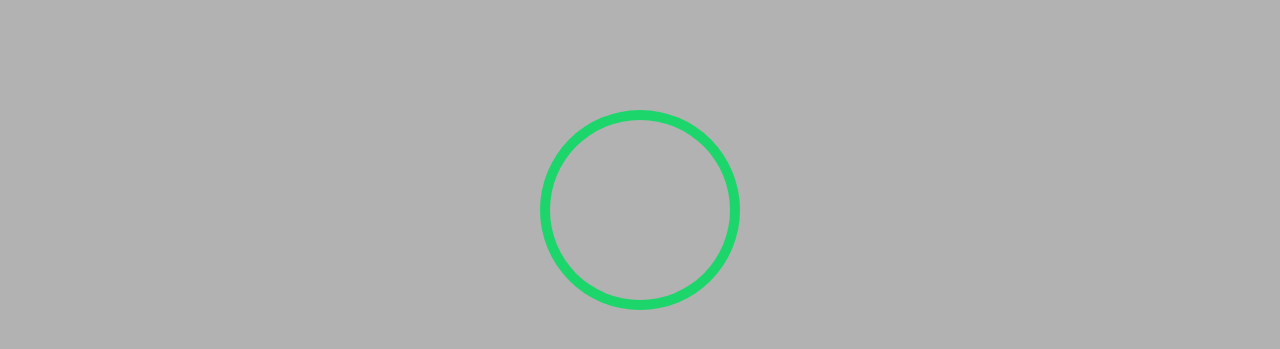
Repository: gyypwrs/css-practice
Page: adsorbed-circle/index.html
An editor plug-in stored every save of this project. The page is shown before and after the next save, followed by the edit.
The browser window is 1280 px wide. The pictures show the whole page.

Above is the page before, as saved 2022-05-13 16:10:48.

After the next save:
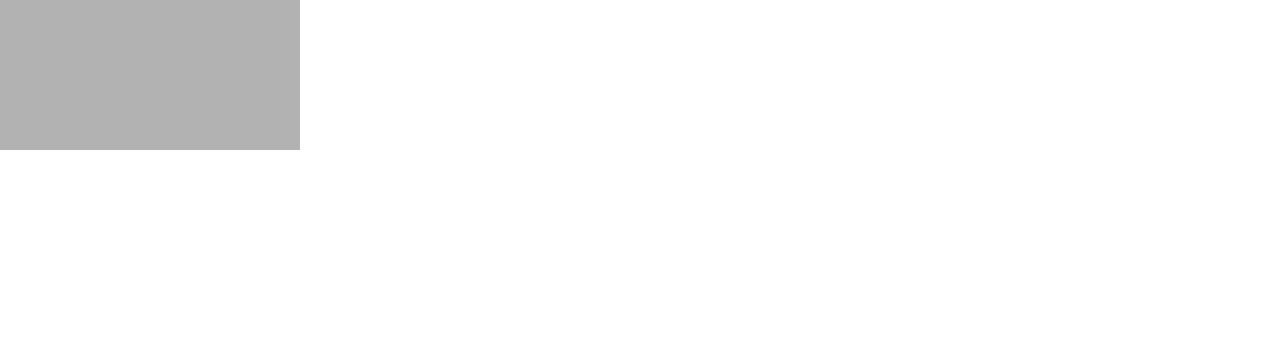
Console error: SyntaxError: Unexpected end of input
Saved 92 s later.
--- a/adsorbed-circle/index.html
+++ b/adsorbed-circle/index.html
@@ -4,7 +4,7 @@
  * @Author: Hongyu
  * @Date: 2022-05-13 15:49:25
  * @LastEditors: Hongyu
- * @LastEditTime: 2022-05-13 16:10:27
+ * @LastEditTime: 2022-05-13 16:12:20
 -->
 <!DOCTYPE html>
 <html lang="zh-CN">
@@ -54,6 +54,7 @@
       ctx.fill()
     }
     drawRing()
+    function draw
     // function drawCircle(x,y) {
     //   ctx.beginPath();
     //   ctx.arc(x,y,50,0,2*Math.PI);

After the 2 saves that followed:
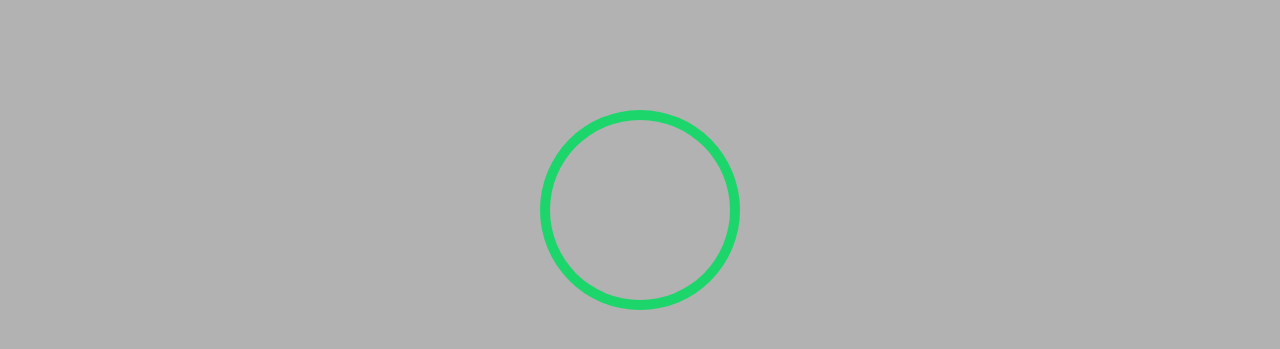
The error is gone.
The 2 saves are shown as one change because 1 left the picture as it was.
The last was saved 2 min 10 s later.
--- a/adsorbed-circle/index.html
+++ b/adsorbed-circle/index.html
@@ -4,7 +4,7 @@
  * @Author: Hongyu
  * @Date: 2022-05-13 15:49:25
  * @LastEditors: Hongyu
- * @LastEditTime: 2022-05-13 16:12:20
+ * @LastEditTime: 2022-05-13 16:13:36
 -->
 <!DOCTYPE html>
 <html lang="zh-CN">
@@ -54,7 +54,16 @@
       ctx.fill()
     }
     drawRing()
-    function draw
+    function absorbedCircular() {
+      ctx.beginPath()
+      ctx.arc(width/2, height/2-150, 30, 0 ,2*Math.PI)
+      ctx.fillStyle="#1cd66c"
+      ctx.fill()
+      ctx.beginPath()
+      ctx.arc(width/2, height/2-150, 30, 0 ,2*Math.PI)
+      ctx.fillStyle="#1cd66c"
+      ctx.fill()
+    }
     // function drawCircle(x,y) {
     //   ctx.beginPath();
     //   ctx.arc(x,y,50,0,2*Math.PI);
